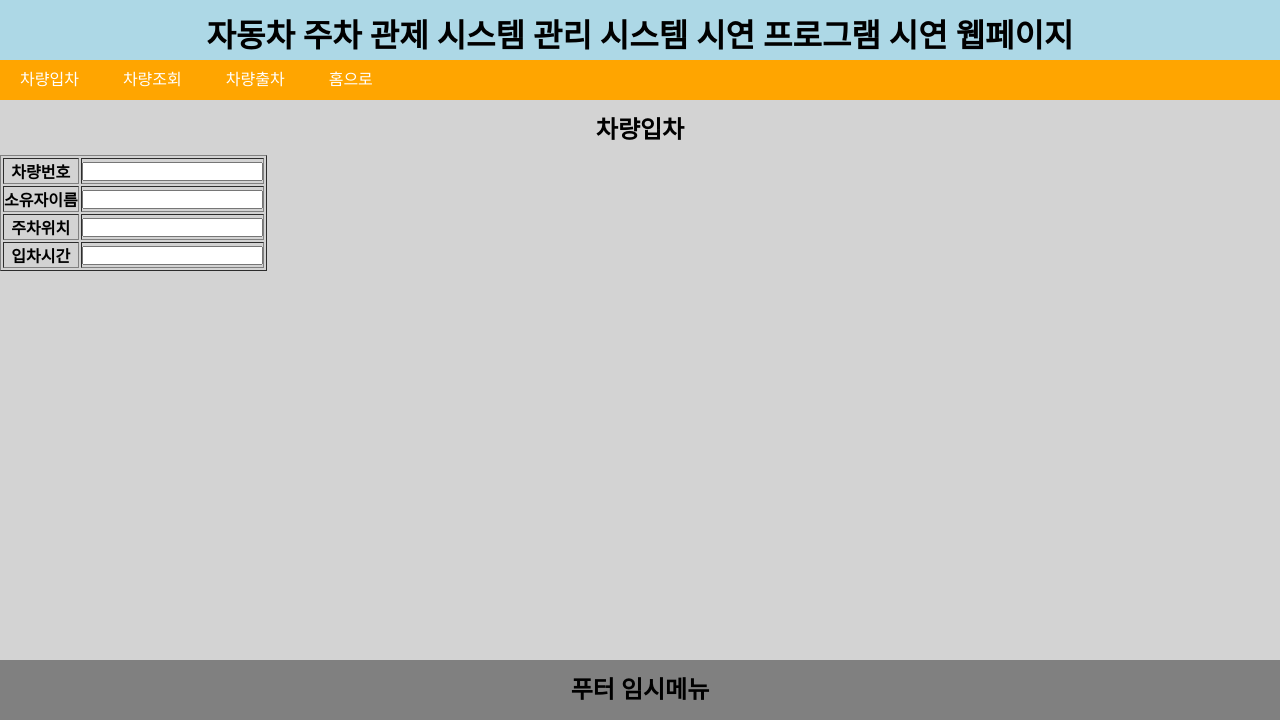
Repository: Ghraminal/mytest
Page: http://localhost/farking/insert.jsp
These files come from the project's save history. The page is drawn as it stood at one moment and after the next save; the edit follows.
The browser window is 1280 px wide. The pictures show the whole page.
The page is served by Tomcat 9.

Above is the page before, as saved 2025-08-19 00:43:16.

After the next save:
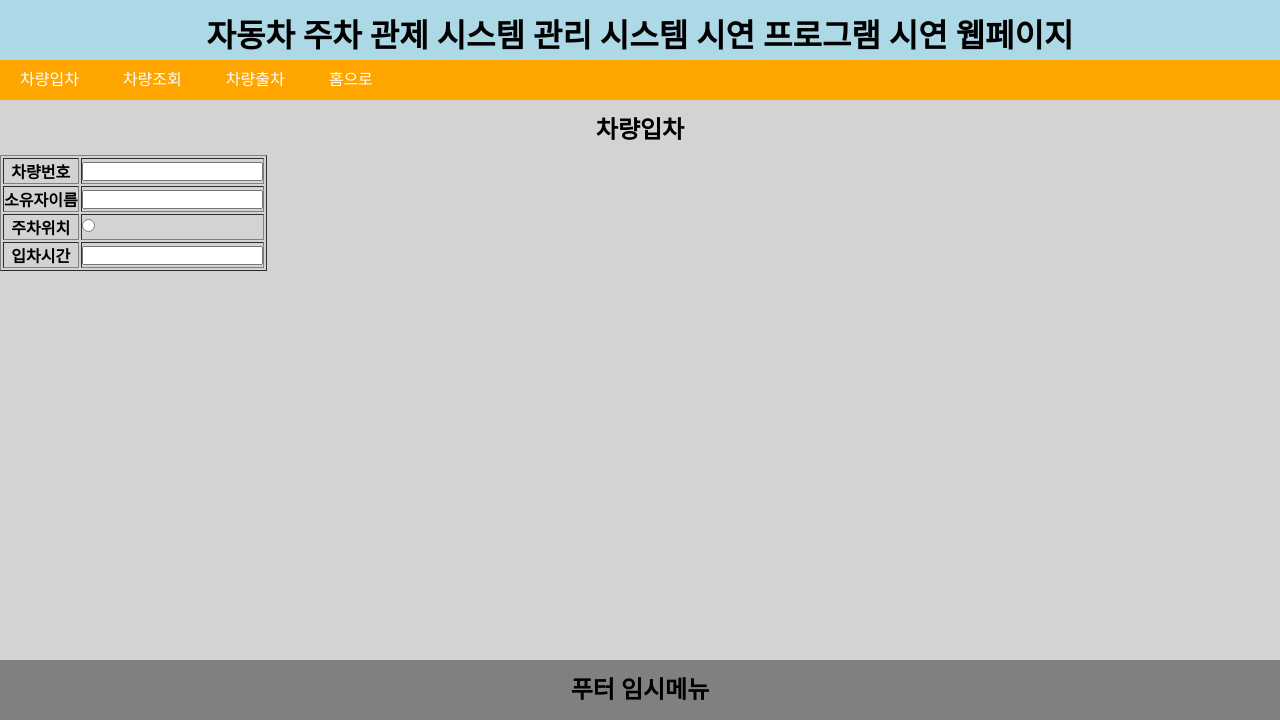
Saved 21 s later.
--- a/farking/src/main/webapp/insert.jsp
+++ b/farking/src/main/webapp/insert.jsp
@@ -44,7 +44,7 @@
 		</tr>
 		<tr>
 			<th>주차위치</th>
-			<td><input type="text" name="location"></td>
+			<td><input type="radio" name="location"></td>
 		</tr>
 		<tr>
 			<th>입차시간</th>
